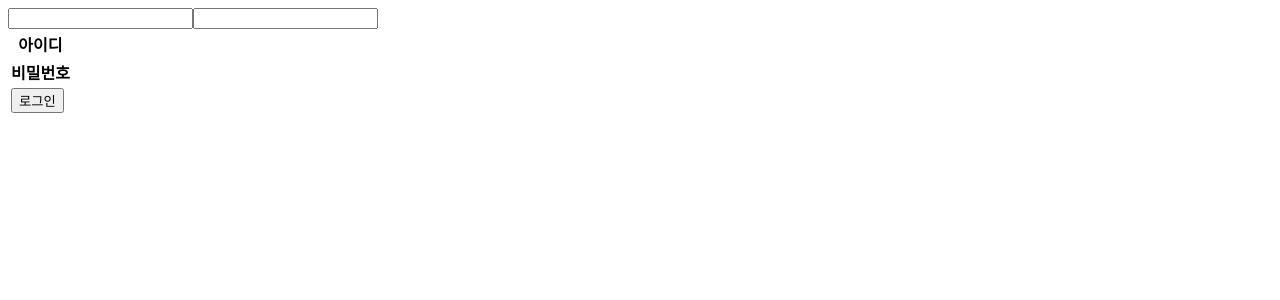
Repository: hyeri-seo/JSP
Page: http://localhost/Hello/login.jsp
The author's editor kept a copy of each file at every save. The page is drawn from the files as they stood at one save, then again after the next save.
The browser window is 1280 px wide. The pictures show the whole page.
The page is served by Tomcat 9. Other server files are loaded and not shown.

Above is the page before, as saved 2023-09-19 03:34:27.

### Hello/src/main/webapp/login.jsp
<%@ page language="java" contentType="text/html; charset=UTF-8"
    pageEncoding="UTF-8"%>
<!DOCTYPE html>
<html>
<head>
<meta charset="UTF-8">
<title>Insert title here</title>
</head>
<body>
<form action="/login" method="post">
<table>
	<tr><th>아이디</th></tr><input type="text" name="id"/></td></tr>
	<tr><th>비밀번호</th></tr><input type="password" name="password"/></td></tr>
	<tr><td><input type="submit" value="로그인"/></td></tr>

</table>
</body>
</html>

After the next save:
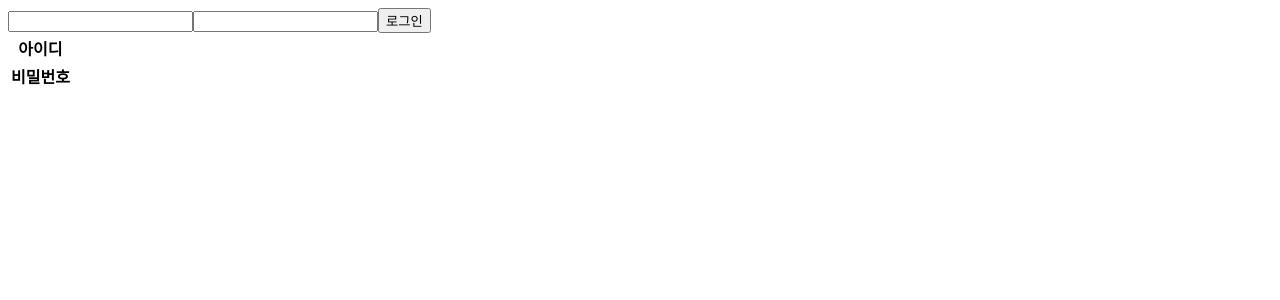
Saved 6 s later.
--- a/Hello/src/main/webapp/login.jsp
+++ b/Hello/src/main/webapp/login.jsp
@@ -11,7 +11,7 @@
 <table>
 	<tr><th>아이디</th></tr><input type="text" name="id"/></td></tr>
 	<tr><th>비밀번호</th></tr><input type="password" name="password"/></td></tr>
-	<tr><td><input type="submit" value="로그인"/></td></tr>
+	<tr><td></td><input type="submit" value="로그인"/></td></tr>
 
 </table>
 </body>
